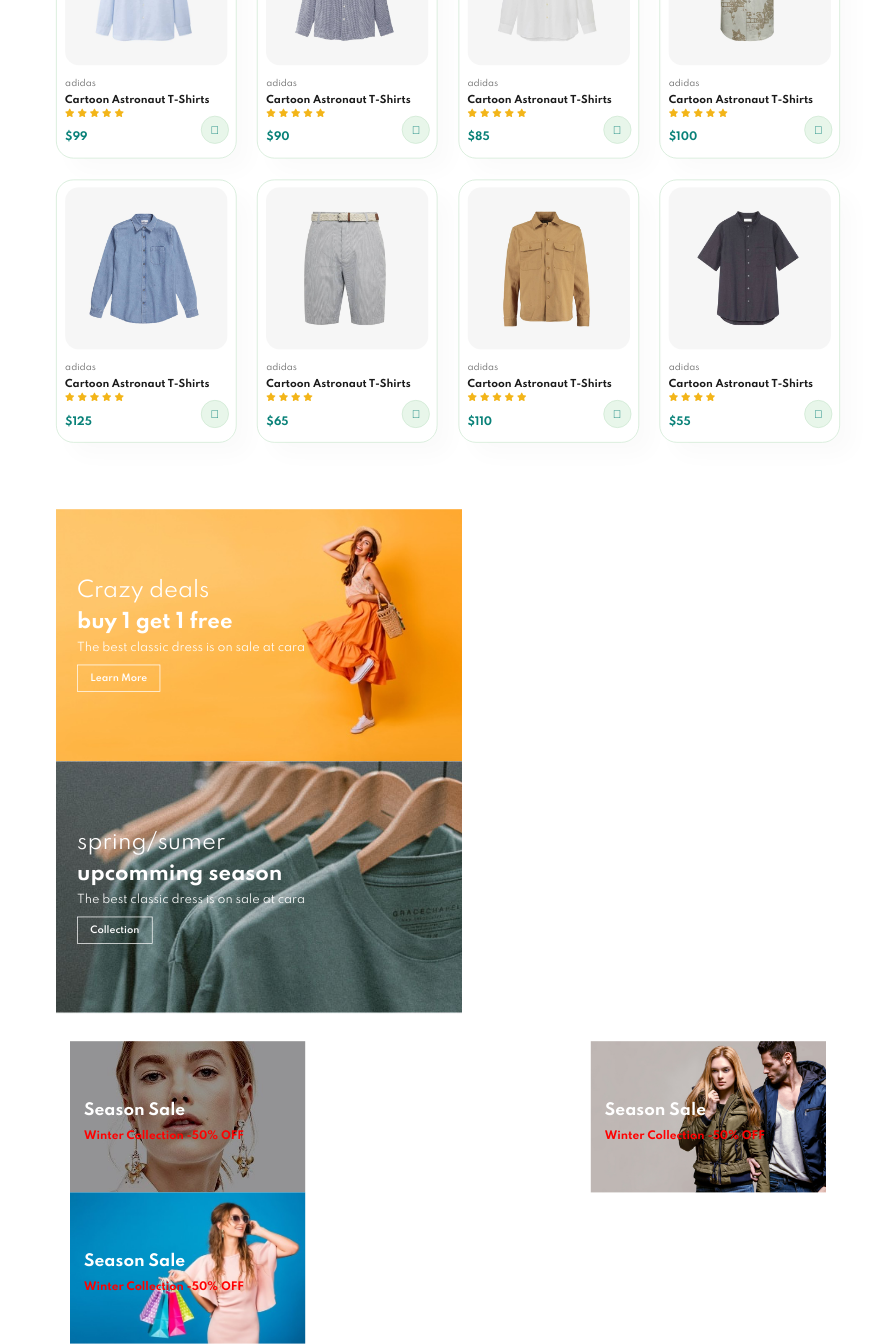
Repository: MinhNhatIT2901/Ecommerce
Page: index.html
An editor plug-in stored every save of this project. The page is shown before and after the next save, followed by the edit.
The browser window is 1280 px wide. The pictures show the part of the page from y = 2758 to 4678 px (the page is 4678 px tall before and 4462 px after), at 70% of full size.
Some web libraries are served in a nearby version.

Above is the page before, as saved 2022-01-08 15:15:48.

After the next save:
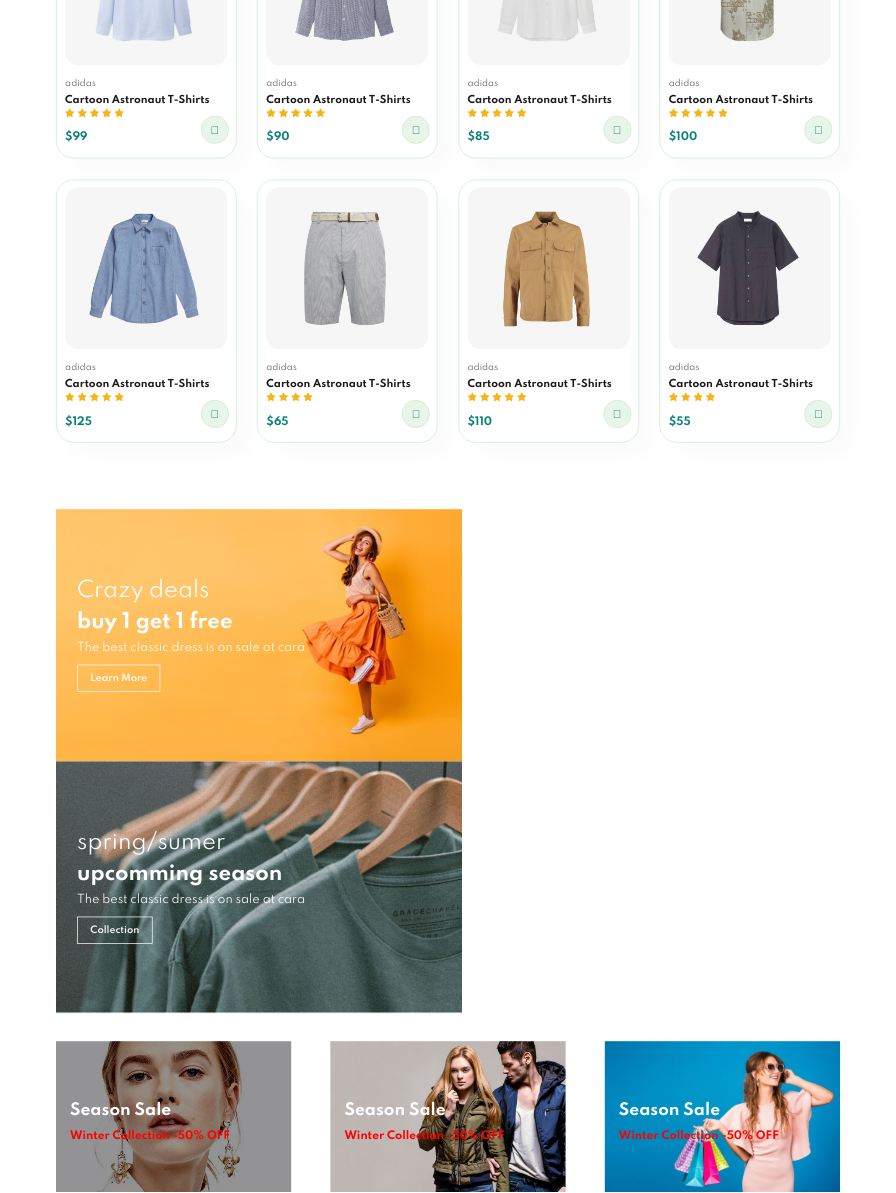
Saved 47 s later.
--- a/style.css
+++ b/style.css
@@ -385,7 +385,6 @@ body {
   background-size: cover;
   background-position: center;
   padding: 20px;
-  margin: 0 20px;
 }
 
 #banner3 h2 {
